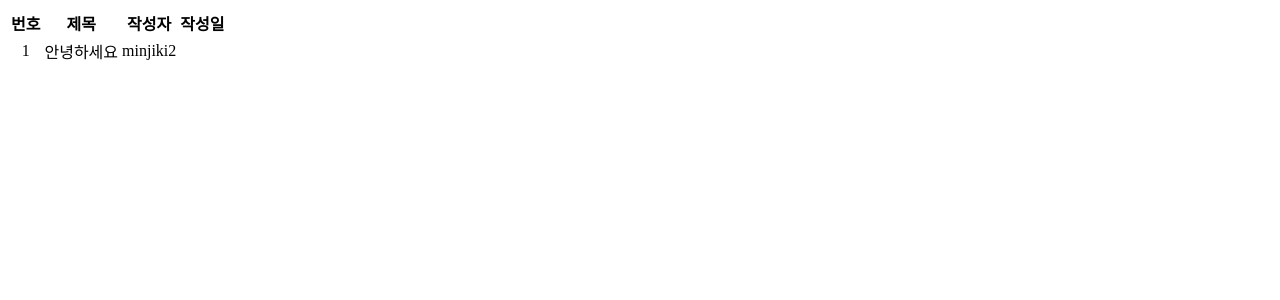
Repository: minjikimkim2222/BBS
Page: http://localhost/BBS/bbs.jsp
An editor plug-in stored every save of this project. The page is shown before and after the next save, followed by the edit.
The browser window is 1280 px wide. The pictures show the whole page.
The page is served by Tomcat 9.

Above is the page before, as saved 2024-01-01 12:37:49.

After the next save:
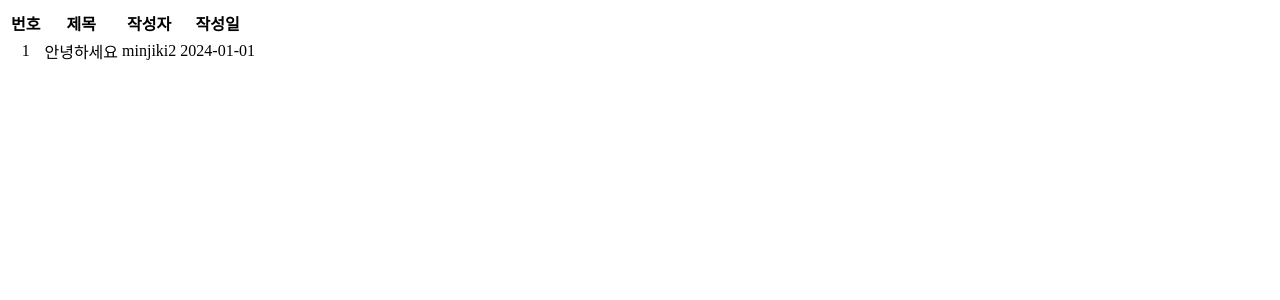
Saved 21 s later.
--- a/BBS/src/main/webapp/bbs.jsp
+++ b/BBS/src/main/webapp/bbs.jsp
@@ -26,6 +26,7 @@
 						<td>1</td>
 						<td>안녕하세요</td>
 						<td>minjiki2</td>
+						<td>2024-01-01</td>
 					</tr>
 				</tbody>
 			</table>
